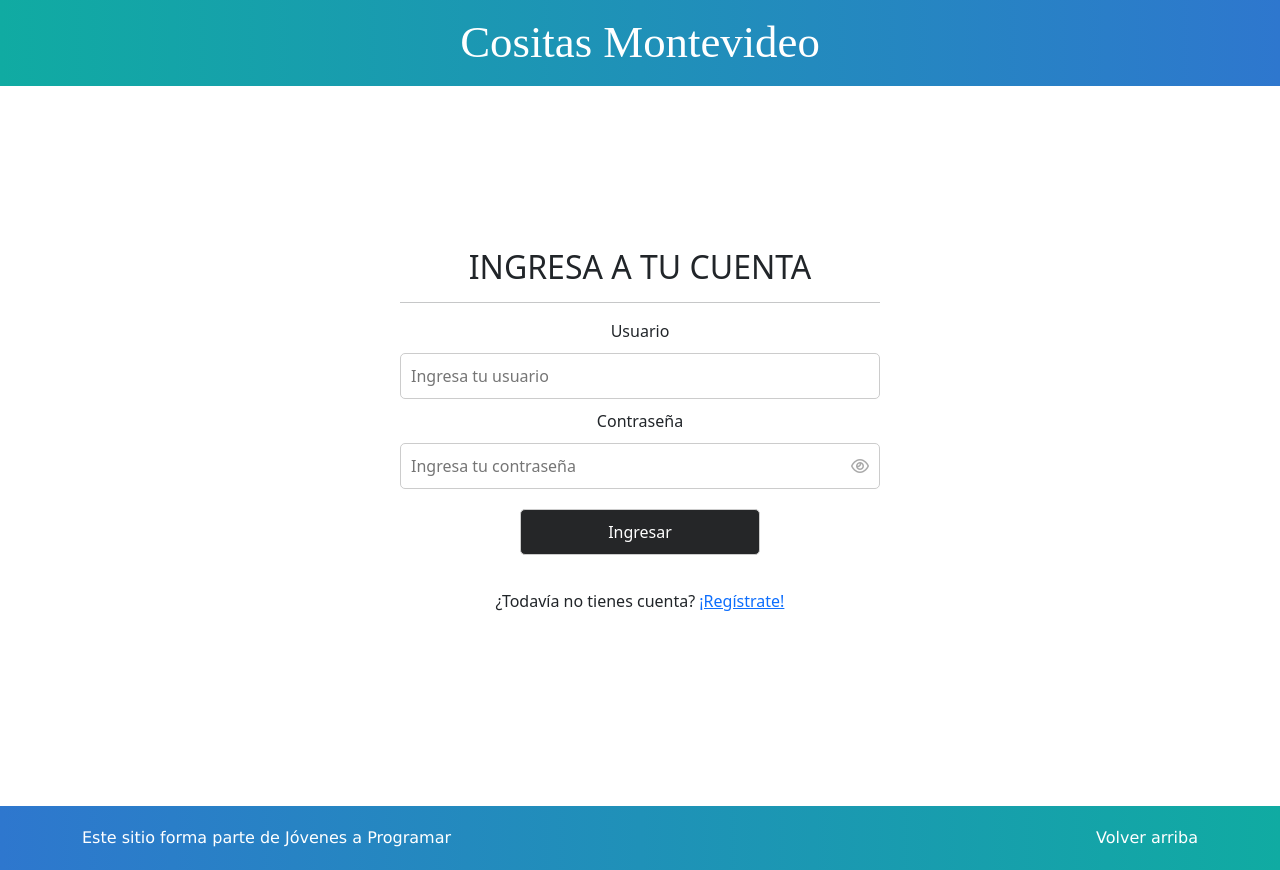
Repository: naticab/proyecto-dw
Page: login.html
These files come from the project's save history. The page is drawn as it stood at one moment and after the next save; the edit follows.
The browser window is 1280 px wide. The pictures show the whole page.
Some web fonts or font styles are not loaded; a fallback is used.

Above is the page before, as saved 2024-10-22 22:08:32.

### login.html
<!DOCTYPE html>
<html lang="es">

<head>
  <meta charset="UTF-8">
  <meta name="viewport" content="width=device-width, initial-scale=1, shrink-to-fit=no">
  <title>eMercado - Todo lo que busques está aquí</title>

  <link href="https://fonts.googleapis.com/css?family=Raleway:300,300i,400,400i,700,700i,900,900i" rel="stylesheet">
  <link href="css/bootstrap.min.css" rel="stylesheet">
  <link href="https://cdn.jsdelivr.net/npm/bootstrap@5.3.0/dist/css/bootstrap.min.css" rel="stylesheet">
  <link href="https://cdn.jsdelivr.net/npm/@fortawesome/fontawesome-free/css/all.min.css" rel="stylesheet">
  <link href="css/styles.css" rel="stylesheet" type="text/css">
  <link rel="stylesheet" href="css/login.css" type="text/css">
  <link href="css/header-and-footer.css" rel="stylesheet">
  <link href="https://fonts.googleapis.com/css2?family=Love+Ya+Like+A+Sister&display=swap" rel="stylesheet">
</head>

<body>

  <header>
    <div class="header-container">
        <h1>Cositas Montevideo</h1>
    </div>
</header>


  <main>
    <div class="login-container">
      <h2 id="login-heading">INGRESA A TU CUENTA</h2>
      <hr>
      <label for="username">Usuario</label>
      <input type="text" id="username" name="username" placeholder="Ingresa tu usuario">

      <label for="password">Contraseña</label>
      <div class="password-container">
        <input type="password" id="password" name="password" placeholder="Ingresa tu contraseña">
        <i class="far fa-eye" id="togglePassword"></i>
      </div>

      <button type="submit" id="button">Ingresar</button>
<br><br>
      <div>¿Todavía no tienes cuenta? <a href="registration.html">¡Regístrate!</a></div>

    </div>


  </main>

  <footer class="text-center py-2">
    <div class="container">
      <div class="footer-content">
        <p class="footer-text">Este sitio forma parte de <a class="footer-link" href="https://jovenesaprogramar.edu.uy/"
            target="_blank">Jóvenes a Programar</a></p>
        <p class="footer-link-end">
          <a class="footer-link" href="#">Volver arriba</a>
        </p>
      </div>
    </div>
  </footer>

  <script src="js/login.js"></script>
</body>

</html>

### css/styles.css
.jumbotron,
.card-body,
.container,
.site-header {
  font-family: 'Verdana', serif !important;
}

.row {
  color: black;
}

#login-heading {
  font-size: 2rem;
}

.jumbotron .display-4 {
  font-weight: bold;
}

h2 {
  font-size: 2rem;
}

nav a {
  text-decoration: none;
}

.bd-placeholder-img {
  font-size: 1.125rem;
  text-anchor: middle;
  -webkit-user-select: none;
  -moz-user-select: none;
  -ms-user-select: none;
  user-select: none;
}

@media (min-width: 768px) {
  .bd-placeholder-img-lg {
    font-size: 3.5rem;
  }
}

.jumbotron {
  height: 50vh;
  padding: 5em inherit;
  margin-bottom: 0;
  background-color: #53C0FB;
  background: url('../img/cover_back.png');
  background-size: cover;
  background-position: center;
  background-repeat: no-repeat;
  color: black;
  font-weight: bold;
}

@media (min-width: 768px) {
  .jumbotron {
    padding-top: 6rem;
    padding-bottom: 6rem;
  }
}

.jumbotron p:last-child {
  margin-bottom: 0;
}

.jumbotron-heading {
  font-weight: 300;
}

.jumbotron .container {
  max-width: 40rem;
  background-color: rgba(255, 255, 255, 0.5);
  border-radius: 10px;
  text-shadow: 1px 1px 2px grey;
}

.jumbotron .lead {
  font-size: 38px;
}

.dropzone {
  border: 2px dashed #0087F7;
  border-radius: 5px;
  background: white;
}

.img-fit {
  max-height: 100%;
}

.alert {
  position: fixed;
  top: 80px;
  width: 50%;
  left: 50%;
  transform: translate(-50%, 0);
}

.lds-ring {
  display: inline-block;
  position: relative;
  width: 64px;
  height: 64px;
  top: 50%;
  left: 50%;
}

.cursor-active {
  cursor: pointer;
}

.left {
  float: left;
  padding: 4px;
  background-color: rgba(255, 255, 255, 0.5);
}

.lds-ring div {
  box-sizing: border-box;
  display: block;
  position: absolute;
  width: 51px;
  height: 51px;
  margin: 6px;
  border: 6px solid #fff;
  border-radius: 50%;
  animation: lds-ring 1.2s cubic-bezier(0.5, 0, 0.5, 1) infinite;
  border-color: #fff transparent transparent transparent;
}

.lds-ring div:nth-child(1) {
  animation-delay: -0.45s;
}

.lds-ring div:nth-child(2) {
  animation-delay: -0.3s;
}

.lds-ring div:nth-child(3) {
  animation-delay: -0.15s;
}

@keyframes lds-ring {
  0% {
    transform: rotate(0deg);
  }

  100% {
    transform: rotate(360deg);
  }
}

.signin {
  width: 100%;
  max-width: 330px;
  padding: 15px;
  margin: auto;
}

#spinner-wrapper {
  position: fixed;
  background-color: rgba(0, 0, 0, 0.5);
  width: 100%;
  height: 100%;
  top: 0;
  left: 0;
  z-index: 1021;
  display: none;
}

/* main {
  min-height: calc(100vh - 210px);
} */

a.custom-card,
a.custom-card:hover {
  color: inherit;
  text-decoration: inherit;
}

.checked {
  color: orange;
}

### css/login.css


main {
    display: flex;
    justify-content: center;
    align-items: center;
}


.login-container {
    width: 30em;
    text-align: center;
}

input, button {
    width: 100%;
    padding: 10px;
    margin: 10px 0;
    border-radius: 5px;
    border: 1px solid #ccc;
}

button {
    width: 50%;
    background-color: #252628;
    color: white;
    cursor: pointer;
}

button:hover {
    background-color: #3f3f3f;
}


.password-container {
    position: relative;
}

.password-container i {
    position: absolute;
    right: 10px;
    top: 50%;
    transform: translateY(-50%);
    cursor: pointer;
    color: #aaa;
}


header {
    background: #121219;
    color: #fff;
    width: 100%;
    display: flex;
    justify-content: center;
    align-items: center;
    padding: 1rem 0;
    box-sizing: border-box; /* Asegúrate de que el padding no afecte el ancho total */
    margin: 0;
}

.header-container {
    width: 100%;
    text-align: center;
}

h1 {
    font-family: "Love Ya Like A Sister", cursive;
    margin: 0;
}



@media (max-width: 768px) {
    .login-container {
        width: 25em;
    }
}

@media (max-width: 576px) {

    body {
        background-color: #AAA8A4;
    }

    .login-container {
        width: 20em;
        padding: 15px;
    }

    button {
        width: 50%;
    }

    input {
        margin: 5px 0;
    }

    footer {
        visibility: hidden;
    }
}

### css/header-and-footer.css
header {
    background: linear-gradient(to right, #10ABA2, #2E77CE);
    color: #fff;
    position: relative;
}

h1 {
    font-family: "Love Ya Like A Sister", cursive;
    font-size: 2.8rem;
}

a#inicio {
    color: #f1f1f1;
    text-decoration: none;
}

a#inicio:hover {
    color: white;
    transition: color 0.3s, text-shadow 0.3s;
}

.subtitulos-header {
    font-size: 1.2rem;
}

a.nav-link {
    color: #f1f1f1;
}

a.nav-link:hover {
    color: #9b9a9b;
    transition: color 0.3s, text-shadow 0.3s;
    transform: scale(1.05);
}

/* Espaciado entre los elementos del menú */
.navbar-nav .nav-item {
    margin-right: 40px;
}

.navbar-nav .nav-item:last-child {
    margin-right: 0;
    /* Quitar margen derecho al último elemento */
}

#user-name.nav-link {
    color: #f1f1f1;
}

#user-name.nav-link:hover {
    color: #9b9a9b;
    transform: scale(1.05);
    transition: color 0.3s, text-shadow 0.3s;
}

.navbar-collapse {
    justify-content: flex-end;
}

.navbar-toggler:hover {
    cursor: pointer;
}


.user-avatar {
    border-radius: 50%;
    width: 50px;
    height: 50px;
}

.user-avatar:hover {
    transform: scale(1.10);
    transition: 0.3s;
}

.navbar-nav .dropdown-menu {
    background: linear-gradient(to right, #10ABA2, #2E77CE);
    border: none;
}

.navbar-nav .dropdown-menu:hover {
    cursor: pointer;
    color: #9b9a9b;
    transition: color 0.3s, text-shadow 0.3s;
}

.dropdown-toggle::after {
    display: none;
}

.navbar-nav .nav-link {
    display: flex;
    align-items: center;
    height: 100%;
    padding: 0.5rem 0;
}



/* Modo Claroscuro */

/* Modo Claro */
body.light-mode {
    background-color: #edf2f374;
}

body.light-mode .product-card:hover {
    box-shadow: 0 4px 8px #16161633;
    background-color: #bef3ff91;
    cursor: pointer;
}

body.light-mode .related-products:hover {
    box-shadow: #00000033;
    background-color: #bef3ff91;
    cursor: pointer;
}



/* Modo Oscuro */
body.dark-mode {
    background-color: #262729;
    color: rgb(208, 208, 208);
}

body.dark-mode .product-card:hover {
    box-shadow: 0 4px 8px #16161633;
    background-color: #bef3ff;
    cursor: pointer;
}

body.dark-mode .related-products:hover {
    box-shadow: #00000033;
    background-color: #bef3ff;
    cursor: pointer;
}

body.dark-mode .color-letters {
    color: white;
}


/* Palanca para activar el claroscuro */

#mode-toggle {
    border: none;
    outline: none;
    box-shadow: none;
}

#mode-toggle i {
    transition: color 0.3s;
    font-size: 1.2rem;
    cursor: pointer;
    color: #ffffff;
}

#mode-toggle:hover {
    background: none;
    transform: scale(1.05);
}

#mode-toggle:hover .fa-sun {
    color: #ffd700;
}

#mode-toggle:hover .fa-moon {
    color: #000000;
}



/* Cart */

#cart-button {
    border: none;
    outline: none;
    box-shadow: none;
    background-color: transparent;
}

#cart-button i {
    transition: color 0.3s;
    font-size: 1.2rem;
    color: #ffffff;
}

#cart-button i:hover {
    color: #9B9A9B;
    transform: scale(1.05);
}




@media (max-width: 995px) {

    .hamburger {
        display: flex;
        flex-direction: row;
        align-items: center;
        justify-content: space-between;
    }

    .navbar-toggler {
        position: relative;
        right: 0;
    }

    .navbar-collapse {
        display: none;
        position: absolute;
        top: 148%;
        left: -45px;
        width: 270%;
        z-index: 999;
        flex-direction: column-reverse;
        align-items: center;
        justify-content: center;
    }

    .navbar-collapse.show {
        display: flex;
    }

    .navbar-nav {
        background: linear-gradient(to right, #10ABA2, #2E77CE);
        color: #fff;
        padding: 1.5rem;
        border-radius: 0 0 100px 100px;
        font-weight: bold;
        text-align: center;
        display: flex;
        justify-content: center;
        /* Centra horizontalmente todos los li */
        align-items: center;
        /* Centra verticalmente los li */
        width: 100%;
    }

    .navbar-toggler-icon {
        background-image: url('data:[embedded picture, 238 characters]');
        filter: brightness(0) invert(1);
        /* Cambia el icono a blanco */
    }

    .navbar-toggler:focus {
        outline: none;
        box-shadow: none;
    }


    .navbar-nav:hover {
        cursor: pointer;
    }

    a.nav-link:hover {
        color: #9b9a9b;
        transition: color 0.3s, text-shadow 0.3s;
        transform: scale(1.05);
    }

    .navbar-nav .nav-item {
        margin: 10px 0;
    }
}


footer {
    background: linear-gradient(to right, #2E77CE, #10ABA2);
    color: #fff;
    min-height: 4rem;
    display: flex;
    justify-content: center;
    align-items: center;
    padding: 0 1rem;
}

.container {
    width: 100%;
}

.footer-content {
    display: flex;
    justify-content: space-between;
    width: 100%;
    align-items: center;
}

.footer-text {
    margin: 0;
    text-align: center;
}

.footer-link-end {
    margin: 0;
    text-align: right;
}

.footer-link {
    color: #fff;
    text-decoration: none;
}

.footer-link:hover {
    color: #9b9a9b;
    transition: color 0.3s, text-shadow 0.3s;
    transform: scale(1.05);
}


/* Menú desplegable del usuario */

@media (max-width: 995px) {
    .navbar-nav .dropdown-menu {
        width: auto;
        min-width: 150px;
        max-width: 200px;
        left: 0;
        right: auto;
        top: 100%;
        position: relative;
        z-index: 1000;
    }

    .dropdown-menu>li {
        padding: 0.05rem;

    }

    .dropdown-item {
        width: 100%;
        white-space: normal;
    }
}

main {
    min-height: 100vh;
    /* El contenido ocupará al menos el 100% de la altura de la ventana */
    padding-bottom: 30px;
    /* Da espacio suficiente para que el contenido no se superponga con el footer */
    box-sizing: border-box;
}

### js/login.js
document.getElementById('togglePassword').addEventListener('click', function () {
    const passwordField = document.getElementById('password');
    const type = passwordField.getAttribute('type') === 'password' ? 'text' : 'password';
    passwordField.setAttribute('type', type);

    this.classList.toggle('fa-eye-slash');
});

Loaded but not shown: css/bootstrap.min.css (library)

After the next save:
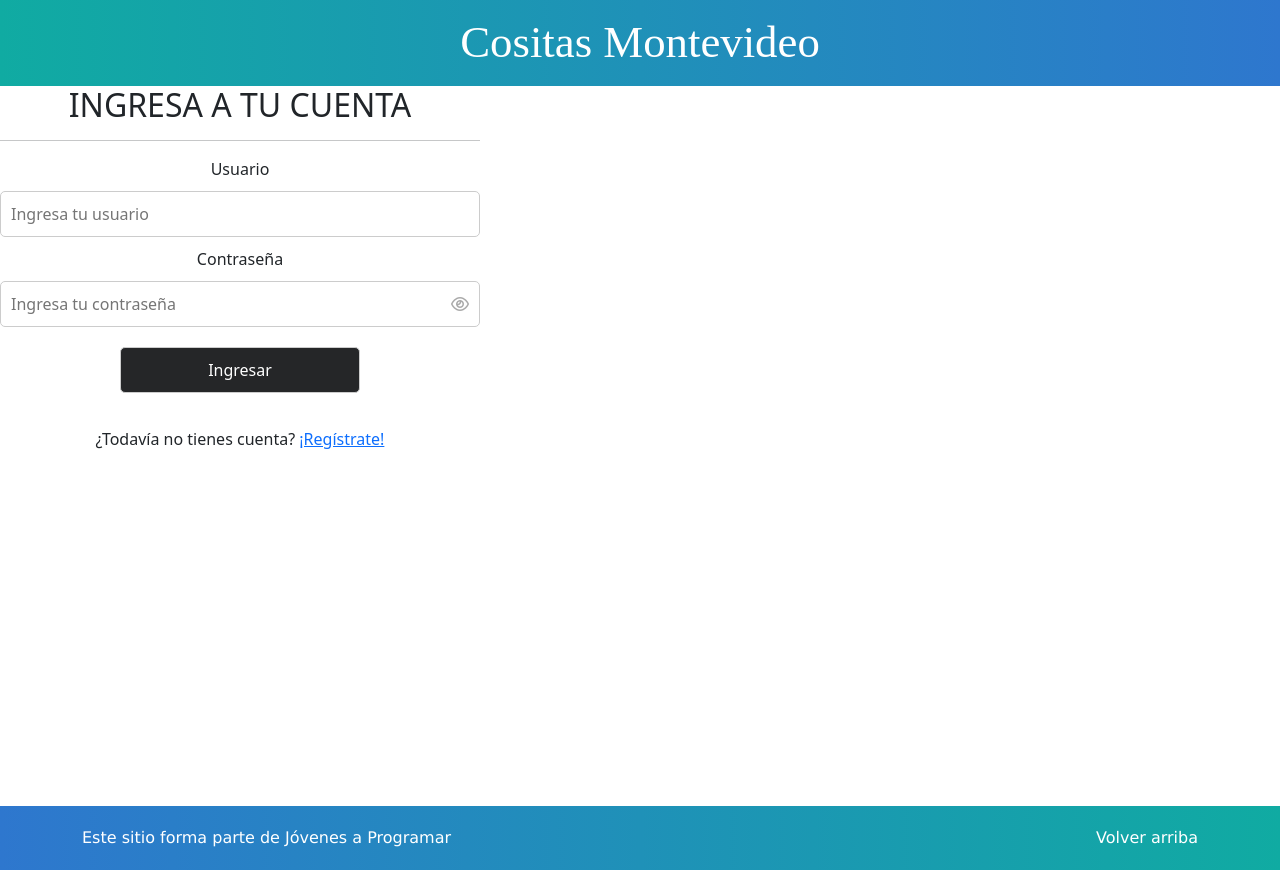
Saved 11 s later.
--- a/css/login.css
+++ b/css/login.css
@@ -1,10 +1,4 @@
 
-
-main {
-    display: flex;
-    justify-content: center;
-    align-items: center;
-}
 
 
 .login-container {

After the save that followed:
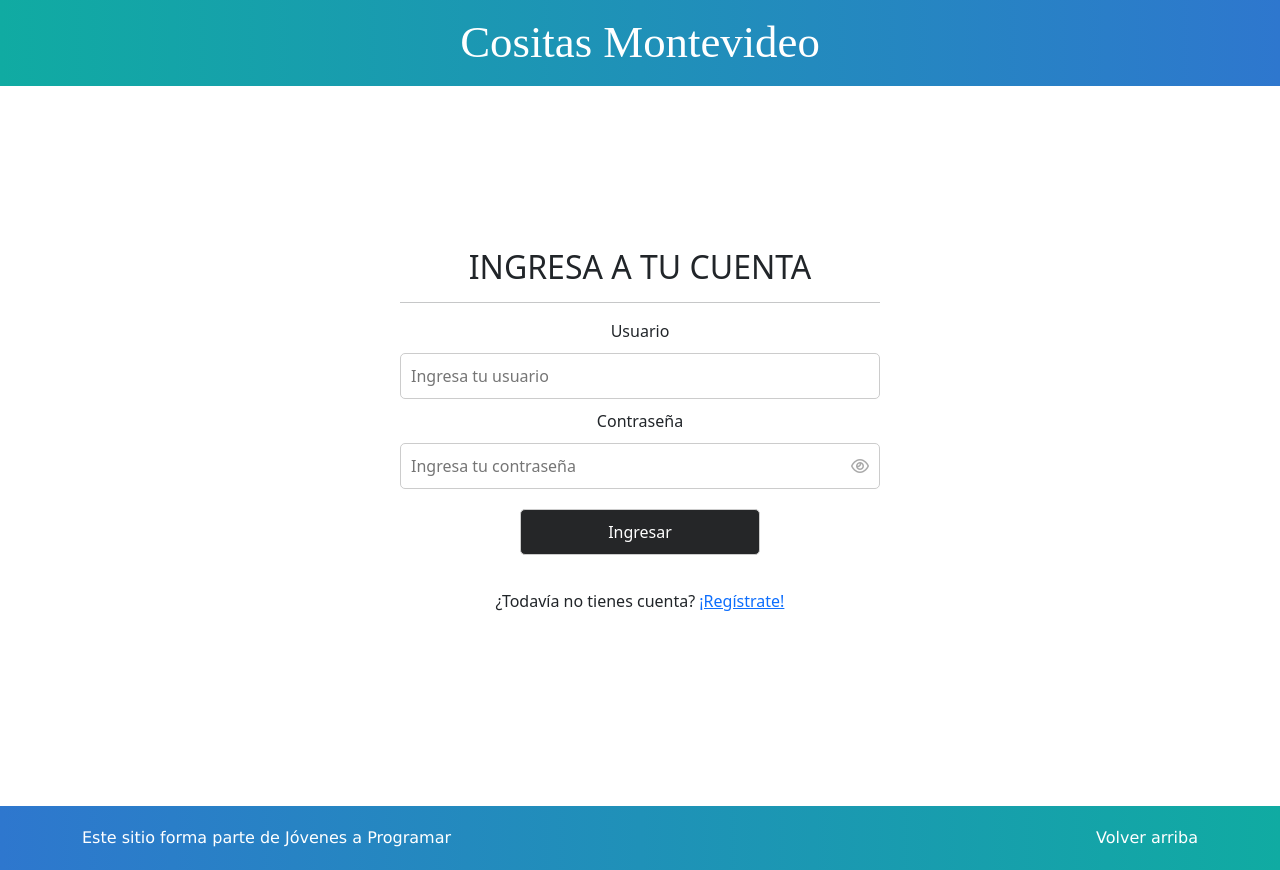
Saved 12 s later.
--- a/css/login.css
+++ b/css/login.css
@@ -1,4 +1,15 @@
+/* body {
+    display: flex;
+    flex-direction: column;
+    margin: 0;
+    padding: 0;
+} */
 
+main {
+    display: flex;
+    justify-content: center;
+    align-items: center;
+}
 
 
 .login-container {
